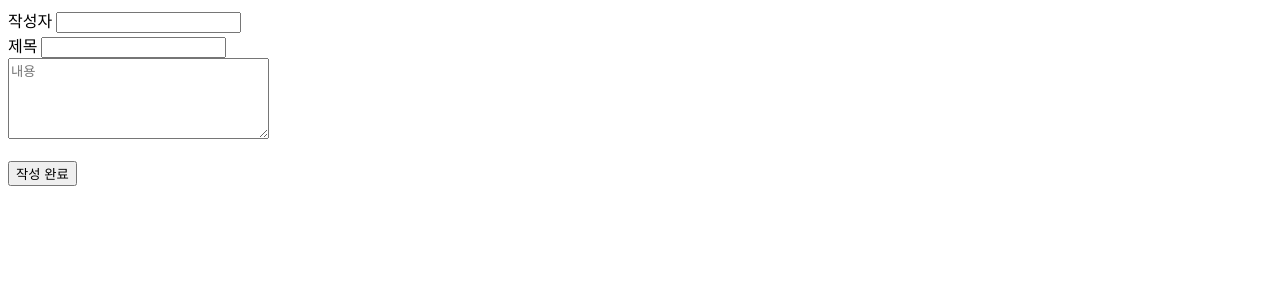
Repository: yangchunsick/JSPstudy
Page: http://localhost/11_MYHOME/notice/update.jsp
The author's editor kept a copy of each file at every save. The page is drawn from the files as they stood at one save, then again after the next save.
The browser window is 1280 px wide. The pictures show the whole page.
The page is served by Tomcat 9.

Above is the page before, as saved 2021-11-18 00:36:38.

After the next save:
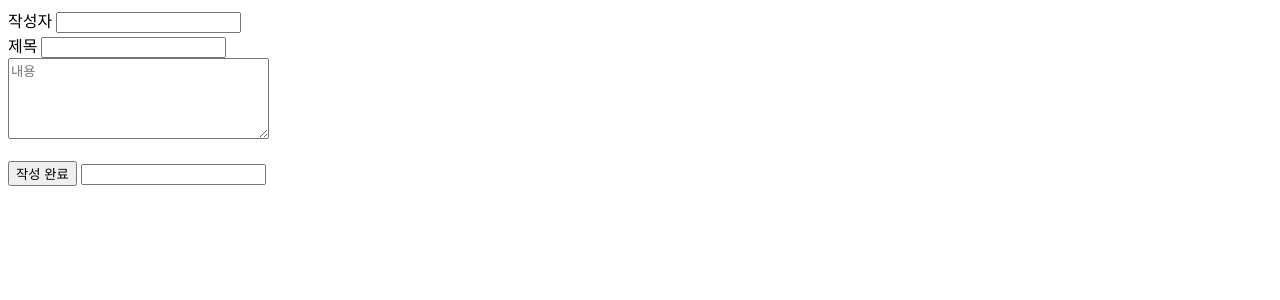
Saved 9 s later.
--- a/worksapce/11_MYHOME/WebContent/notice/update.jsp
+++ b/worksapce/11_MYHOME/WebContent/notice/update.jsp
@@ -26,6 +26,7 @@
 			<input type="text" name="title" id="title"><br>
 			<textarea rows="5" cols="30" name="content" placeholder="내용"></textarea><br><br>
 			<button>작성 완료</button>
+			<input type="resey">
 		</form>
 	</div>
 
